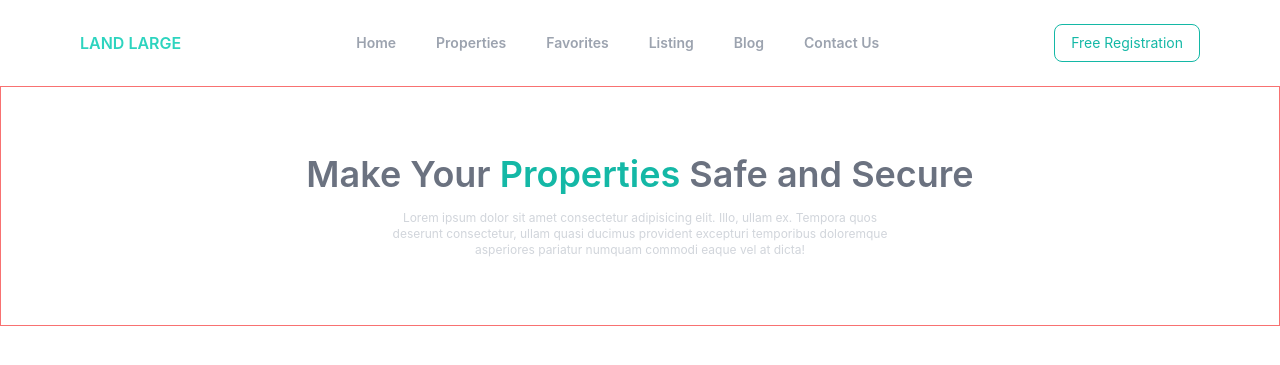
Repository: MuniruIssah/realestate
Page: /
These files come from the project's save history. The page is drawn as it stood at one moment and after a run of saves; the edit follows.
The browser window is 1280 px wide. The pictures show the whole page.
The project was rebuilt for these pictures with package versions that can differ from the ones it lists, and the page was loaded fresh each time. Also part of the build but not shown: src/App.css.

Above is the page before, as saved 2022-02-19 21:57:10.

After the next 7 saves:
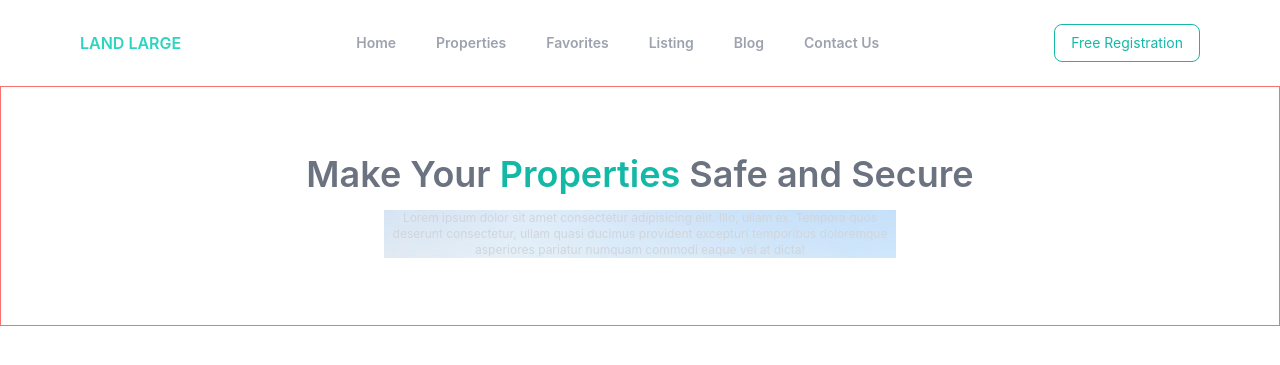
The 7 saves are shown as one change because 3 did not build or start and some came seconds apart.
The last was saved 28 s later.
--- a/src/components/Jumbotron.js
+++ b/src/components/Jumbotron.js
@@ -7,7 +7,7 @@
         Make Your <span className="text-teal-500">Properties</span> Safe and
         Secure
       </span>
-      <p className="text-gray-300 text-xs text-center max-w-lg" style={{}}>
+      <p className="text-gray-300 text-xs text-center max-w-lg" style={{backgroundImage:`url(${building})`}}>
         Lorem ipsum dolor sit amet consectetur adipisicing elit. Illo, ullam ex.
         Tempora quos deserunt consectetur, ullam quasi ducimus provident
         excepturi temporibus doloremque asperiores pariatur numquam commodi

After the save that followed:
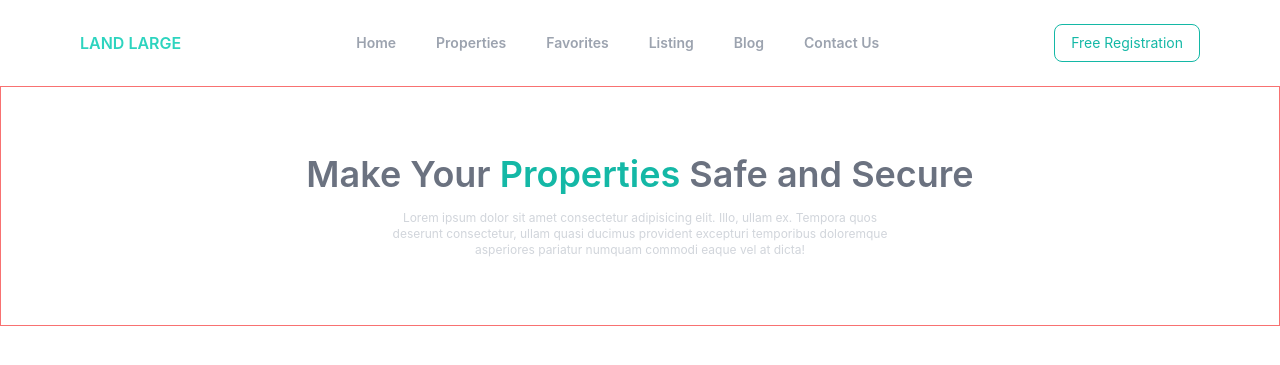
Saved 15 s later.
--- a/src/components/Jumbotron.js
+++ b/src/components/Jumbotron.js
@@ -7,7 +7,7 @@
         Make Your <span className="text-teal-500">Properties</span> Safe and
         Secure
       </span>
-      <p className="text-gray-300 text-xs text-center max-w-lg" style={{backgroundImage:`url(${building})`}}>
+      <p className="text-gray-300 text-xs text-center max-w-lg" >
         Lorem ipsum dolor sit amet consectetur adipisicing elit. Illo, ullam ex.
         Tempora quos deserunt consectetur, ullam quasi ducimus provident
         excepturi temporibus doloremque asperiores pariatur numquam commodi
